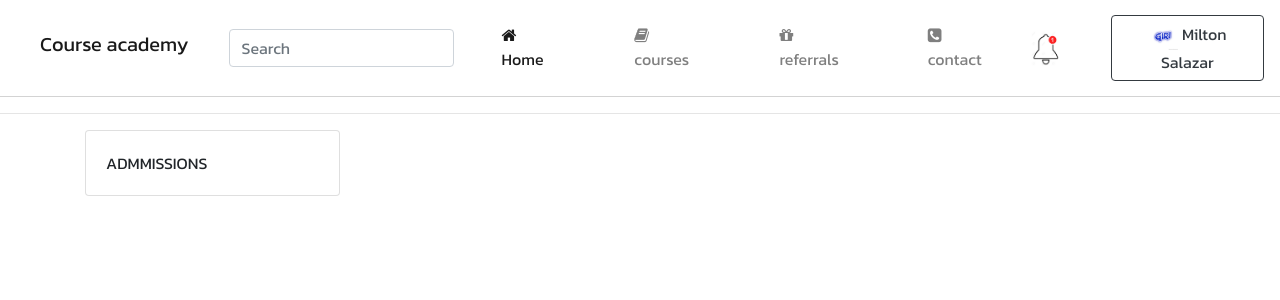
Repository: giribabu1997/html-layout
Page: task.html
An editor plug-in stored every save of this project. The page is shown before and after a run of saves, followed by the edit.
The browser window is 1280 px wide. The pictures show the whole page.

Above is the page before, as saved 2019-06-24 14:47:32.

After the next 2 saves:
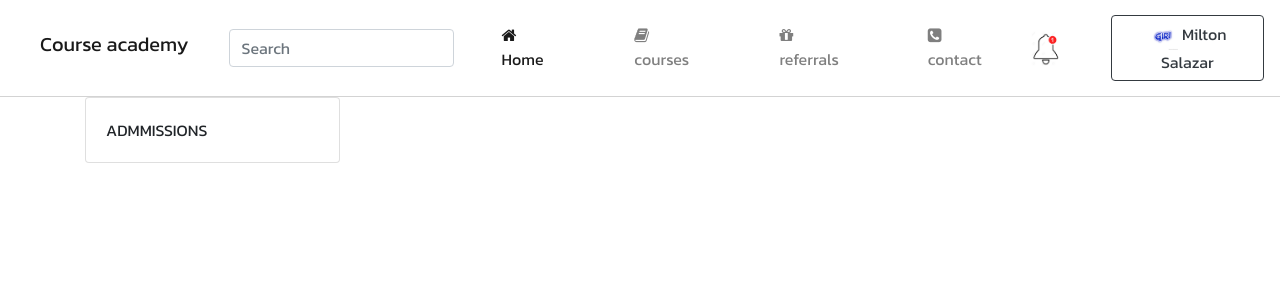
The 2 saves are shown as one change because they came seconds apart.
The last was saved 12 s later.
--- a/task.html
+++ b/task.html
@@ -69,9 +69,7 @@
             </div>
         </nav>
     </div>
-<hr/>
-
-    <div class="container" >
+    <div class="container">
         <div class="row">
             <div class="col-md-3">
                 <div class="card">
